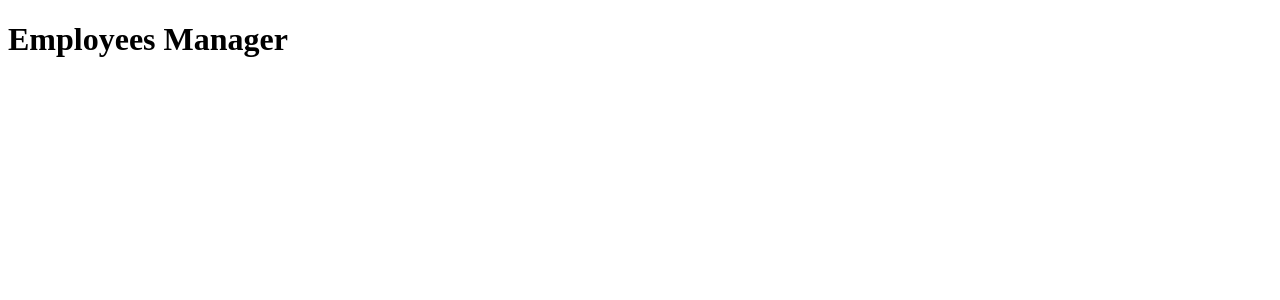
Repository: AnaSofiaRosero/parcial-4
Page: /
An editor plug-in stored every save of this project. The page is shown before and after the next save, followed by the edit.
The browser window is 1280 px wide. The pictures show the whole page.
The project was rebuilt for these pictures with package versions that can differ from the ones it lists, and the page was loaded fresh each time. Also part of the build but not shown: vite.config.ts, src/index.css.

Above is the page before, as saved 2026-06-02 12:48:19.
Console error: TypeError: Cannot read properties of undefined (reading 'from')

After the next save:
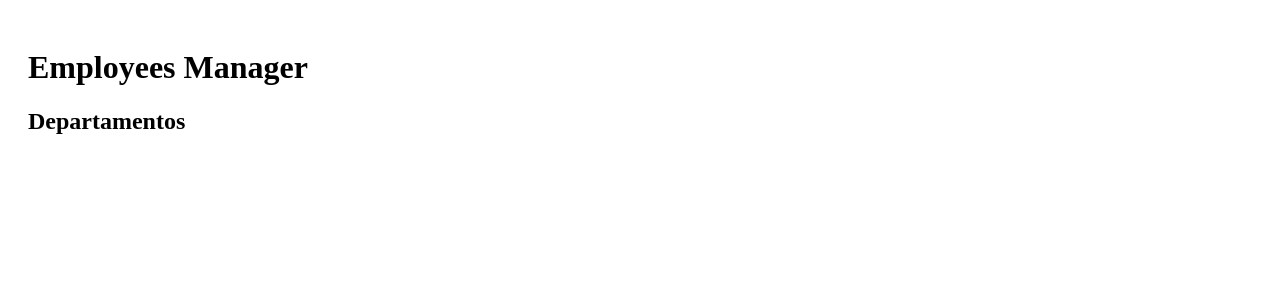
Saved 4 min 59 s later.
--- a/src/App.tsx
+++ b/src/App.tsx
@@ -1,7 +1,9 @@
-import { useEffect } from "react";
+import { useEffect, useState } from "react";
 import { supabase } from "./supabaseClient";
+import type { Departamento } from "./types";
 
 function App() {
+  const [departamentos, setDepartamentos] = useState<Departamento[]>([]);
 
   useEffect(() => {
     cargarDepartamentos();
@@ -12,16 +14,31 @@ function App() {
       .from("departamentos")
       .select("*");
 
-    console.log(data);
+    if (error) {
+      console.log(error);
+      return;
+    }
 
-    if(error){
-      console.log(error);
-    }
+    setDepartamentos(data || []);
   };
 
   return (
-    <div>
+    <div style={{ padding: "20px" }}>
       <h1>Employees Manager</h1>
+
+      <h2>Departamentos</h2>
+
+      {departamentos.map((departamento) => (
+        <div key={departamento.id}>
+          <p>
+            <strong>{departamento.nombre}</strong>
+          </p>
+
+          <p>{departamento.ubicacion}</p>
+
+          <hr />
+        </div>
+      ))}
     </div>
   );
 }
